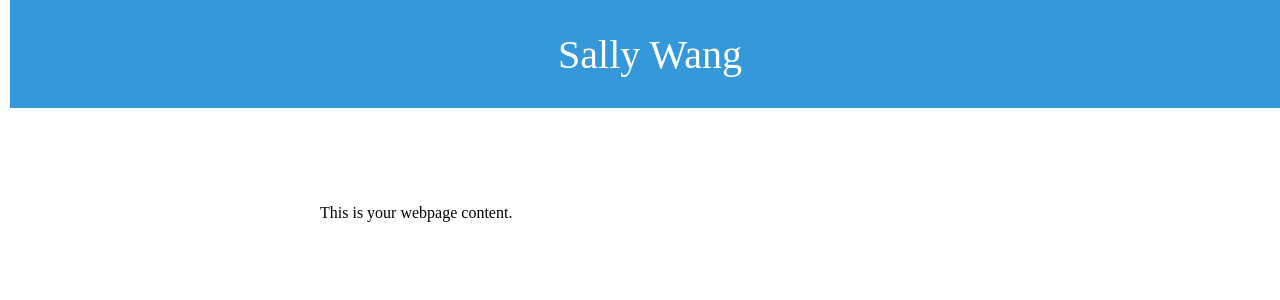
Repository: tianjiewang2022/tianjiewang2022.github.io
Page: index.html
The author's editor kept a copy of each file at every save. The page is drawn from the files as they stood at one save, then again after the next save.
The browser window is 1280 px wide. The pictures show the whole page.

Above is the page before, as saved 2023-10-01 22:11:10.

### index.html
<!DOCTYPE html>
<html lang="en">

    <head>
        <meta charset="UTF-8">
        <meta name="viewport" content="width=device-width, initial-scale=1.0">
        <title>Sally's Webpage</title>
        <style>
            body {
                margin-left: 200px;
                margin-right: 200px;
                padding: 20px;
            }

            header {
                background-color: #3498db;
                /* Choose your header color */
                color: white;
                position: fixed;
                top: 0;
                left: 10px;
                right: 10px;
                width: 100%;
                height: 15%;
                /* Adjust the header height as needed */
                display: flex;
                align-items: center;
                justify-content: center;
                z-index: 100;
                font-size: 40px;
            }

            .container {
                margin-top: 60px;
                /* Ensure content starts below the header */
                padding: 100px;
            }
        </style>
    </head>

    <body>
        <header>
            Sally Wang
        </header>

        <div class="container">
            <!-- Your content goes here -->
            <p>This is your webpage content.</p>
        </div>
    </body>

</html>

After the next save:
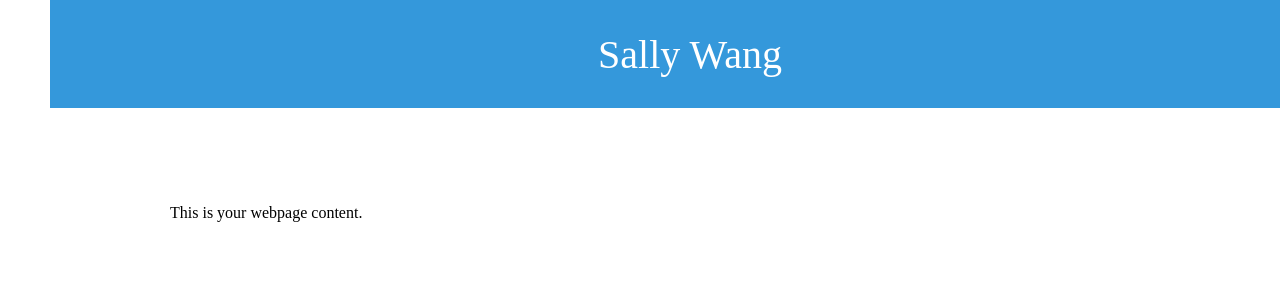
Saved 41 s later.
--- a/index.html
+++ b/index.html
@@ -7,8 +7,8 @@
         <title>Sally's Webpage</title>
         <style>
             body {
-                margin-left: 200px;
-                margin-right: 200px;
+                margin-left: 50px;
+                margin-right: 50px;
                 padding: 20px;
             }
 
@@ -18,8 +18,8 @@
                 color: white;
                 position: fixed;
                 top: 0;
-                left: 10px;
-                right: 10px;
+                left: 50px;
+                right: 50px;
                 width: 100%;
                 height: 15%;
                 /* Adjust the header height as needed */
